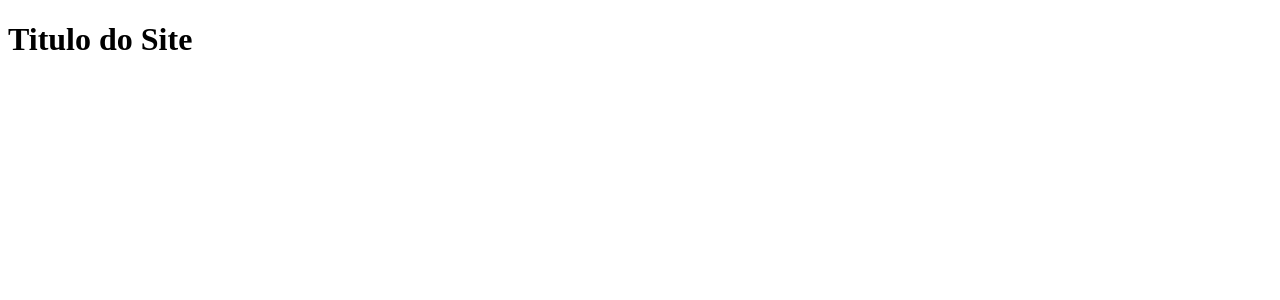
Repository: robertacristinaabreu01/projeto-siteGitHub
Page: index.html
These files come from the project's save history. The page is drawn as it stood at one moment and after a run of saves; the edit follows.
The browser window is 1280 px wide. The pictures show the whole page.

Above is the page before, as saved 2021-01-23 21:08:27.

### index.html
<!DOCTYPE html>
<html lang="pt-br">
<head>
    <meta charset="UTF-8">
    <meta name="viewport" content="width=device-width, initial-scale=1.0">
    <title>Titulo do Site</title>
</head>
<body>
    <main>
        <header>
            <h1>Titulo do Site</h1>
        </header>
        <article></article>
    </main>

</body>
</html>

After the next 4 saves:
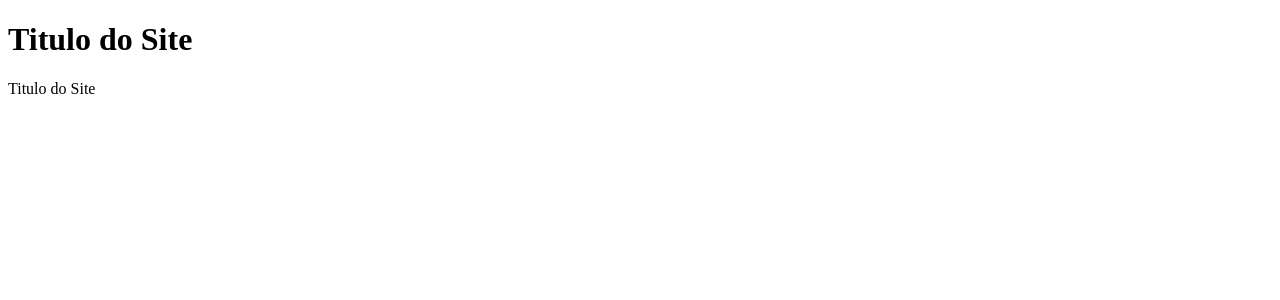
The 4 saves are shown as one change because they came seconds apart.
The last was saved 12 s later.
--- a/index.html
+++ b/index.html
@@ -10,7 +10,8 @@
         <header>
             <h1>Titulo do Site</h1>
         </header>
-        <article></article>
+        <article>Titulo do Site</article>
+        <h1></h1>
     </main>
 
 </body>
